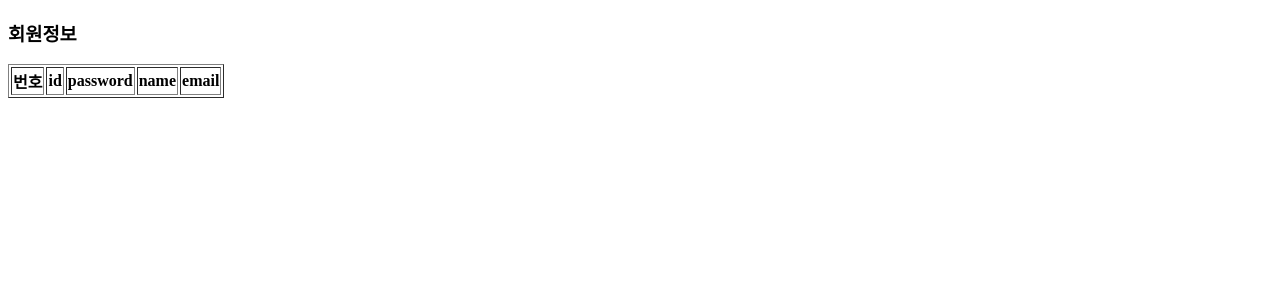
Repository: suhong99/SpringBootFront
Page: sample3/src/main/webapp/index.html
An editor plug-in stored every save of this project. The page is shown before and after the next save, followed by the edit.
The browser window is 1280 px wide. The pictures show the whole page.

Above is the page before, as saved 2023-08-03 02:35:54.

After the next save:
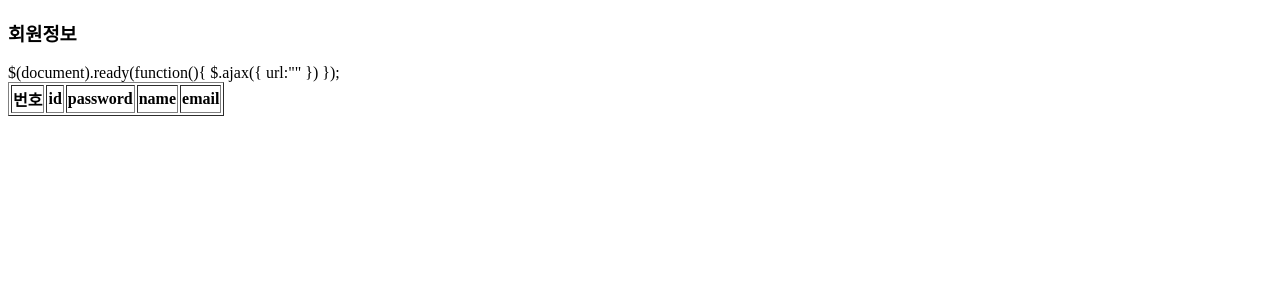
Saved 100 s later.
--- a/sample3/src/main/webapp/index.html
+++ b/sample3/src/main/webapp/index.html
@@ -17,5 +17,13 @@
 <tbody id="data>
 </tbody>
 </table>
+
+<script type="text/javascript">
+$(document).ready(function(){
+	$.ajax({
+	url:""
+	})
+});
+</script>
 </body>
 </html>
